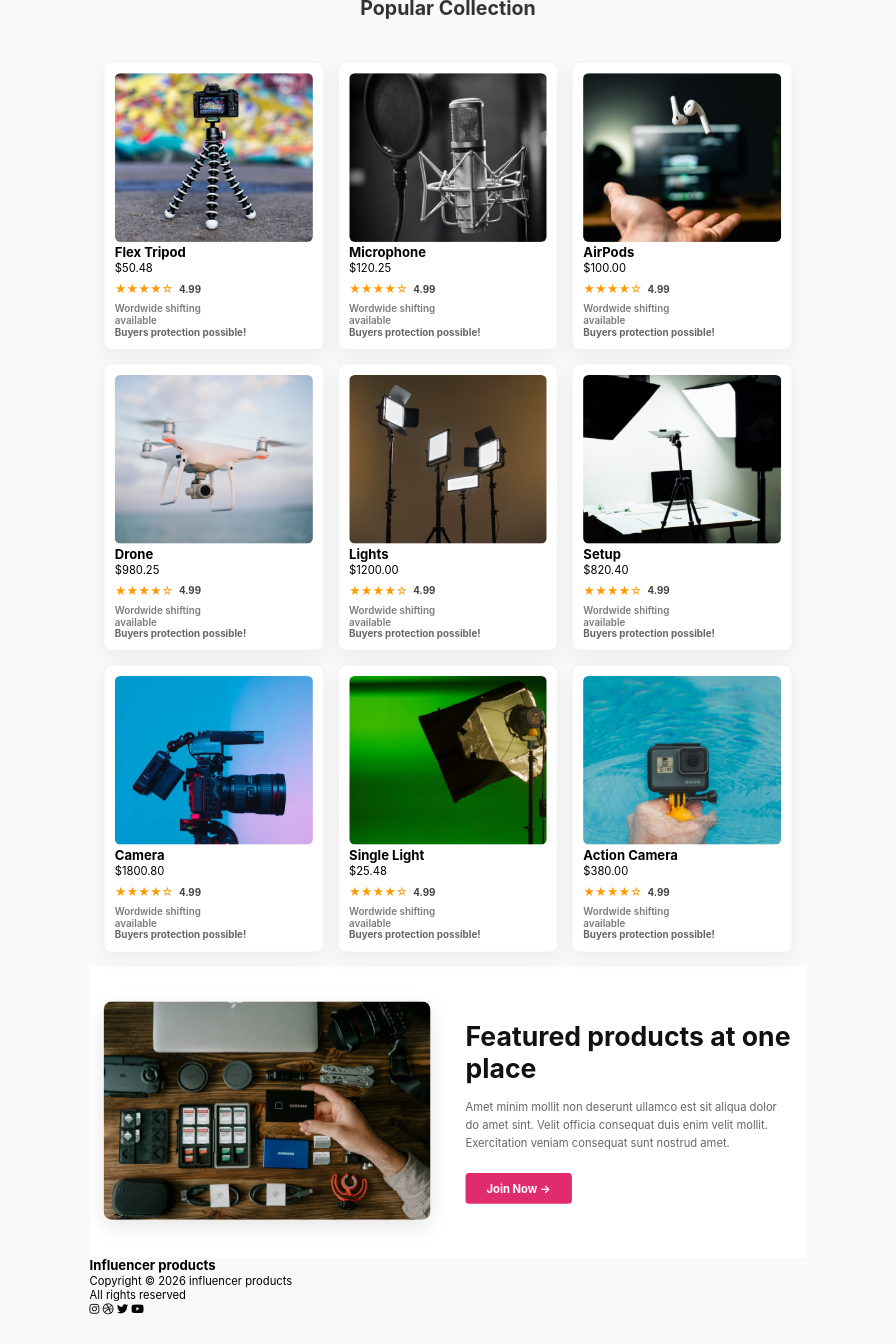
Repository: Saiful21Islam/Influencer-products
Page: it.html
The author's editor kept a copy of each file at every save. The page is drawn from the files as they stood at one save, then again after the next save.
The browser window is 1280 px wide. The pictures show the part of the page from y = 931 to 2851 px (the page is 2851 px tall before and 2768 px after), at 70% of full size.

Above is the page before, as saved 2026-03-11 11:44:39.

### it.html
<!DOCTYPE html>
<html lang="en">

<head>
    <meta charset="UTF-8">
    <meta name="viewport" content="width=device-width, initial-scale=1.0">
    <title>Influencer Products</title>
    <link rel="stylesheet" href="style.css">
    <link rel="stylesheet" href="https://cdnjs.cloudflare.com/ajax/libs/font-awesome/6.0.0/css/all.min.css">
</head>
<style>
    * {
        margin: 0;
        padding: 0;
        box-sizing: border-box;
        font-family: 'Inter', sans-serif;
    }

    body {
        background-color: #f9f9f9;
        padding: 40px 10%;
    }
    .product-grid {
        display: grid;
        grid-template-columns: repeat(3, 1fr);
        gap: 30px;
    }
    .product-card {
        background: #fff;
        padding: 15px;
        border-radius: 12px;
        text-align: left;
        box-shadow: 0 10px 30px rgba(0, 0, 0, 0.05);
        transition: 0.3s;
    }

    .product-card:hover {
        transform: translateY(-5px);
    }

    .thumbnail {
        width: 100%;
        height: auto;
        border-radius: 8px;
        overflow: hidden;
        margin-bottom: 15px;
    }

    .thumbnail img {
        width: 100%;
        height: 100%;
        object-fit: cover;
    }

    .card-content h3 {
        font-size: 22px;
        color: #3A3A3A;
        margin-bottom: 5px;
    }

    .price {
        font-size: 20px;
        font-weight: 500;
        margin-bottom: 10px;
    }
    .rating {
        display: flex;
        align-items: center;
        gap: 5px;
        margin-bottom: 10px;
    }

    .rating i {
        color: #FF9800;
        font-size: 14px;
    }

    .rating-number {
        color: #787885;
        font-size: 14px;
    }

    .desc {
        color: #787885;
        font-size: 14px;
        line-height: 1.5;
    }

    @media (max-width: 768px) {
        .product-grid {

            grid-template-columns: repeat(1, 1fr);
        }
    }
</style>

<body>

    <nav class="navbar">
        <a href="#" class="logo">Influencer products</a>
        <ul class="nav-links">
            <li><a href="#">Home</a></li>
            <li><a href="#">Products</a></li>
            <li><a href="#">Sign up</a></li>
            <li><a href="#">Log In</a></li>
            <div class="nav-icons">
                <i class="fa-solid fa-magnifying-glass"></i>
                <div class="cart-icon"><i class="fa-solid fa-cart-shopping"></i><span class="cart-dot"></span></div>
            </div>
        </ul>
    </nav>

    <header class="hero">
        <div class="hero-content">
            <h1>Start your Journey as Influencer</h1>
            <p>Lorem ipsum dolor sit amet, consectetur adipiscing elit. Sem vestibulum sed scelerisque eros. Lectus
                faucibus.</p>
            <a href="#" class="btn-pink">Preebook now <i class="fa-solid fa-arrow-right"></i></a>
        </div>
        <div class="hero-image-container">
            <img src="images/Circle design.svg" alt="Circle Background" class="circle-image">

            <img src="images/main-camera.png" alt="Fujifilm Camera" class="camera-image">
        </div>
        </div>
        </div>
    </header>

    <section class="brand-section">
        <div class="logos-container">
            <img src="logos/Alibaba.svg" alt="Brands">
            <img src="logos/amazon.svg" alt="Brands">
            <img src="logos/Daraz.pk Logo.svg" alt="Brands">
            <img src="logos/ebay.svg" alt="Brands">
            <img src="logos/Rakuten.svg" alt="Brands">
            <img src="logos/Target.svg" alt="Brands">
            <img src="logos/Walmart.svg" alt="Brands">
        </div>
    </section>

    <section class="collection-section">
        <h2 class="title">Popular Collection</h2>
        <div class="product-container">
            <div class="product-card">
                <img src="images/tripod.png" alt="Tripod">
                <h3>Flex Tripod</h3>
                <p>$50.48</p>
                <div class="stars">
                    ★★★★☆ <span class="rating-num">4.99</span>
                </div>

                <p class="details">Wordwide shifting</p>
                <p class="details">available</p>
                <p class="details">Buyers protection possible!</p>
            </div>

            <div class="product-card">
                <img src="images/mic.png" alt="Microphone">
                <h3>Microphone</h3>
                <p>$120.25</p>
                <div class="stars">
                    ★★★★☆ <span class="rating-num">4.99</span>
                </div>

                <p class="details">Wordwide shifting</p>
                <p class="details">available</p>
                <p class="details">Buyers protection possible!</p>
            </div>

            <div class="product-card">
                <img src="images/airpod.png" alt="airpod">
                <h3>AirPods</h3>
                <p>$100.00</p>
                <div class="stars">
                    ★★★★☆ <span class="rating-num">4.99</span>
                </div>

                <p class="details">Wordwide shifting</p>
                <p class="details">available</p>
                <p class="details">Buyers protection possible!</p>
            </div>

            <div class="product-card">
                <img src="images/drone.png" alt="drone">
                <h3>Drone</h3>
                <p>$980.25</p>
                <div class="stars">
                    ★★★★☆ <span class="rating-num">4.99</span>
                </div>

                <p class="details">Wordwide shifting</p>
                <p class="details">available</p>
                <p class="details">Buyers protection possible!</p>
            </div>

            <div class="product-card">
                <img src="images/lights.png" alt="Lights">
                <h3>Lights</h3>
                <p>$1200.00</p>
                <div class="stars">
                    ★★★★☆ <span class="rating-num">4.99</span>
                </div>

                <p class="details">Wordwide shifting</p>
                <p class="details">available</p>
                <p class="details">Buyers protection possible!</p>
            </div>

            <div class="product-card">
                <img src="images/setup.png" alt="Setup">
                <h3>Setup</h3>
                <p>$820.40</p>
                <div class="stars">
                    ★★★★☆ <span class="rating-num">4.99</span>
                </div>

                <p class="details">Wordwide shifting</p>
                <p class="details">available</p>
                <p class="details">Buyers protection possible!</p>
            </div>

            <div class="product-card">
                <img src="images/camera.png" alt="Camera">
                <h3>Camera</h3>
                <p>$1800.80</p>
                <div class="stars">
                    ★★★★☆ <span class="rating-num">4.99</span>
                </div>

                <p class="details">Wordwide shifting</p>
                <p class="details">available</p>
                <p class="details">Buyers protection possible!</p>
            </div>

            <div class="product-card">
                <img src="images/single-light.png" alt="Single Light">
                <h3>Single Light</h3>
                <p>$25.48</p>
                <div class="stars">
                    ★★★★☆ <span class="rating-num">4.99</span>
                </div>

                <p class="details">Wordwide shifting</p>
                <p class="details">available</p>
                <p class="details">Buyers protection possible!</p>
            </div>

            <div class="product-card">
                <img src="images/action.png" alt="Action Camera">
                <h3>Action Camera</h3>
                <p>$380.00</p>
                <div class="stars">
                    ★★★★☆ <span class="rating-num">4.99</span>
                </div>

                <p class="details">Wordwide shifting</p>
                <p class="details">available</p>
                <p class="details">Buyers protection possible!</p>
            </div>

        </div>
    </section>
    </section>
    <section class="featured-section">
    <div class="featured-container">
        <div class="featured-image">
            <img src="images/gear.png" alt="Featured Gear">
        </div>

        <div class="featured-content">
            <h2>Featured products at one place</h2>
            <p>Amet minim mollit non deserunt ullamco est sit aliqua dolor do amet sint. Velit officia consequat duis enim velit mollit. Exercitation veniam consequat sunt nostrud amet.</p>
            <a href="#" class="join-btn">Join Now &rarr;</a>
        </div>
    </div>
</section>

    <footer class="main-footer">
    <h3>Influencer products</h3>
    <p>Copyright © 2026 influencer products <br> All rights reserved</p>

    <div class="socials">
        <i class="fa-brands fa-instagram"></i>
        <i class="fa-brands fa-dribbble"></i>
        <i class="fa-brands fa-twitter"></i>
        <i class="fa-brands fa-youtube"></i>
    </div>
</footer>

</body>

</html>

### style.css
.hero {
    display: flex;
    align-items: center;
    justify-content: space-around;
    padding: 50px 10%;
    background-color: #fff;
    min-height: 80vh;
    flex-wrap: wrap;
}

.hero-content {
    flex: 1;
    min-width: 300px;
}

.hero-content h1 {
    font-size: 52px;
    line-height: 1.2;
    margin-bottom: 20px;
    color: #3A3A3A;
}

.hero-content p {
    font-size: 16px;
    color: #6C6C6C;
    margin-bottom: 30px;
    max-width: 450px;
}

.btn-pink {
    background-color: #E02C6D;
    color: white;
    padding: 12px 25px;
    text-decoration: none;
    border-radius: 50px;
    font-weight: bold;
    display: inline-block;
}

.hero-image-container {
    flex: 1;
    position: relative;
    display: flex;
    justify-content: center;
    align-items: center;
    min-width: 300px;
}

.camera-image {
    width: 100%;
    max-width: 450px;
    position: relative;
    z-index: 2;
}

.circle-image {
    position: absolute;
    width: 110%;
    z-index: 1;
}

@media (max-width: 768px) {
    .hero {
        flex-direction: column-reverse;
        text-align: center;
        padding: 30px 5%;
    }
    .hero-content {
        margin-top: 30px;
    }
    .hero-content h1 {
        font-size: 32px;
    }
    .hero-image-container {
        width: 100%;
    }
    .camera-image {
        max-width: 300px;
    }
}
{
    margin: 0;
    padding: 0;
    box-sizing: border-box;
    font-family: 'Inter', sans-serif;
}

/* Navbar */
.navbar {
    display: flex;
    justify-content: space-between;
    padding: 20px 10%;
    align-items: center;
}
.logo { font-size: 24px; font-weight: bold; color: #3A3A3A; text-decoration: none; }
.nav-links { display: flex; list-style: none; align-items: center; }
.nav-links li { margin-left: 25px; }
.nav-links a { text-decoration: none; color: #3A3A3A; font-weight: 500; }
.nav-icons { display: flex; margin-left: 20px; gap: 20px; font-size: 18px; }

/* Hero */
.hero {
    display: flex;
    padding: 50px 10%;
    align-items: center;
}
.hero-content h1 { font-size: 52px; color: #3A3A3A; margin-bottom: 15px; }
.btn-pink {
    background: #E02C6D;
    color: white;
    padding: 10px 25px;
    border-radius: 50px;
    text-decoration: none;
    display: inline-block;
    margin-top: 20px;
}
.hero-image img { width: 400px; }

/* Brands */
.brand-section {
    padding: 40px 10%;
    border-top: 1px solid #eee;
    border-bottom: 1px solid #eee;
    margin: 50px 0;
}

.logos-container {
    display: flex;
    justify-content: space-between;
    align-items: center;
    flex-wrap: wrap;
}

.logos-container img {
    height: 35px;
    width: auto;
}

.hero-image-container {
    position: relative;
    width: 500px;
    height: 500px;
    display: flex;
    justify-content: center;
    align-items: center;
}

.circle-image {
    position: absolute;
    width: 450px;
    height: auto;
    z-index: 1;
    opacity: 0.8;
}
.camera-image {
    position: relative;
    width: 100%;
    max-width: 480px;
    z-index: 2;
    filter: drop-shadow(0 20px 30px rgba(0,0,0,0.1));
}

.product-container {
  display: flex;
  flex-wrap: wrap;
  gap: 20px;
  justify-content: center;
  padding: 20px;
}

.product-card {
  flex: 1 1 310px;
  max-width: 350px;
  background: #fff;
  border: 1px solid #eee;
  border-radius: 12px;
  padding: 15px;
  box-shadow: 0 5px 15px rgba(0,0,0,0.05);
  transition: transform 0.3s ease;
}

.product-card:hover {
  transform: translateY(-5px);
}

.product-card img {
  width: 100%;
  height: auto;
  border-radius: 8px;
}

@media (max-width: 768px) {
  .product-container {
    gap: 15px;
    padding: 10px;
  }
}

@media (max-width: 480px) {
  .product-card {
    flex: 1 1 100%;
    max-width: 100%;
    margin: 0 auto;
  }
}

.stars {
    display: flex;
    align-items: center;
    color: #FF9900;
    font-size: 16px;
    margin: 10px 0;
}

.star-half {
    position: relative;
    display: inline-block;
    color: #ccc;
}

.star-half::after {
    content: '★';
    position: absolute;
    left: 0;
    top: 0;
    width: 50%;
    overflow: hidden;
    color: #FF9900;
}

.rating-num {
    color: #444;
    font-size: 14px;
    font-weight: bold;
    margin-left: 8px;
}

.details {
    font-size: 14px;
    color: #7a7a7a;
    margin: 0;
    line-height: 1.2;
    font-weight: 600;
}

.details:last-child {
    font-weight: 700;
    color: #666;
}

.title {
    text-align: center;
    font-size: 28px;
    font-weight: 700;
    color: #333;
    margin-bottom: 40px;
}

.featured-section {
    padding: 50px 20px;
    background-color: #fff;
}

.featured-container {
    max-width: 1100px;
    margin: 0 auto;
    display: flex;
    align-items: center;
    gap: 50px;

.featured-image {
    flex: 1;
}

.featured-image img {
    width: 100%;
    border-radius: 12px;
    box-shadow: 0 10px 30px rgba(0,0,0,0.1);
}

.featured-content {
    flex: 1;
}

.featured-content h2 {
    font-size: 38px;
    color: #111;
    margin-bottom: 20px;
}

.featured-content p {
    font-size: 16px;
    color: #666;
    line-height: 1.6;
    margin-bottom: 30px;
}

.join-btn {
    display: inline-block;
    background-color: #E02C6D;
    color: white;
    padding: 12px 30px;
    text-decoration: none;
    font-weight: bold;
    border-radius: 5px;
    transition: 0.3s;
}

.join-btn:hover {
    background-color: #c2255c;
}

@media (max-width: 768px) {
    .featured-container {
        flex-direction: column;
        text-align: center;
        gap: 30px;
    }
    .featured-content h2 {
        font-size: 28px;
    }
}

/* সটিক এবং ফাইনাল কোড */
.main-footer {
    background-color: #0A0826 !important; /* ডার্ক ব্লু ব্যাকগ্রাউন্ড */
    color: #ffffff !important;
    text-align: center !important;
    padding: 60px 20px !important;
    margin-top: 50px !important;
    width: 100% !important;
    display: block !important;
}

.main-footer h3 {
    color: white !important;
    font-size: 24px;
    margin-bottom: 10px;
}

.main-footer p {
    color: rgba(255, 255, 255, 0.7) !important;
    font-size: 14px;
    line-height: 1.6;
}

.socials {
    display: flex !important;
    justify-content: center !important;
    gap: 15px;
    margin-top: 20px;
}

.socials i {
    background: rgba(255, 255, 255, 0.1) !important; /* হালকা গোল শেড */
    color: white !important;
    width: 40px;
    height: 40px;
    display: flex;
    align-items: center;
    justify-content: center;
    border-radius: 50%;
    font-size: 18px;
    cursor: pointer;
}

After the next save:
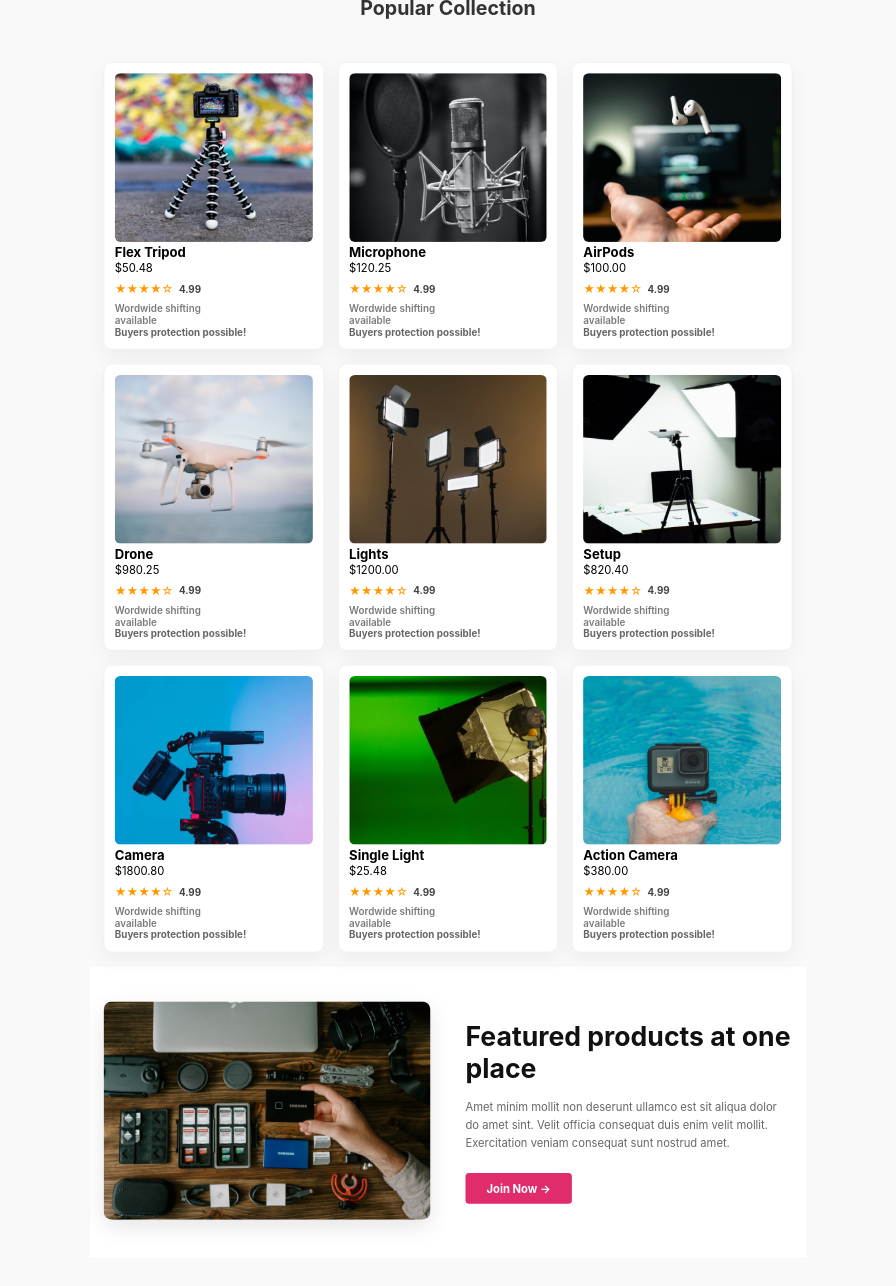
Saved 2 min 5 s later.
--- a/it.html
+++ b/it.html
@@ -275,17 +275,7 @@
     </div>
 </section>
 
-    <footer class="main-footer">
-    <h3>Influencer products</h3>
-    <p>Copyright © 2026 influencer products <br> All rights reserved</p>
-
-    <div class="socials">
-        <i class="fa-brands fa-instagram"></i>
-        <i class="fa-brands fa-dribbble"></i>
-        <i class="fa-brands fa-twitter"></i>
-        <i class="fa-brands fa-youtube"></i>
-    </div>
-</footer>
+
 
 </body>
 
